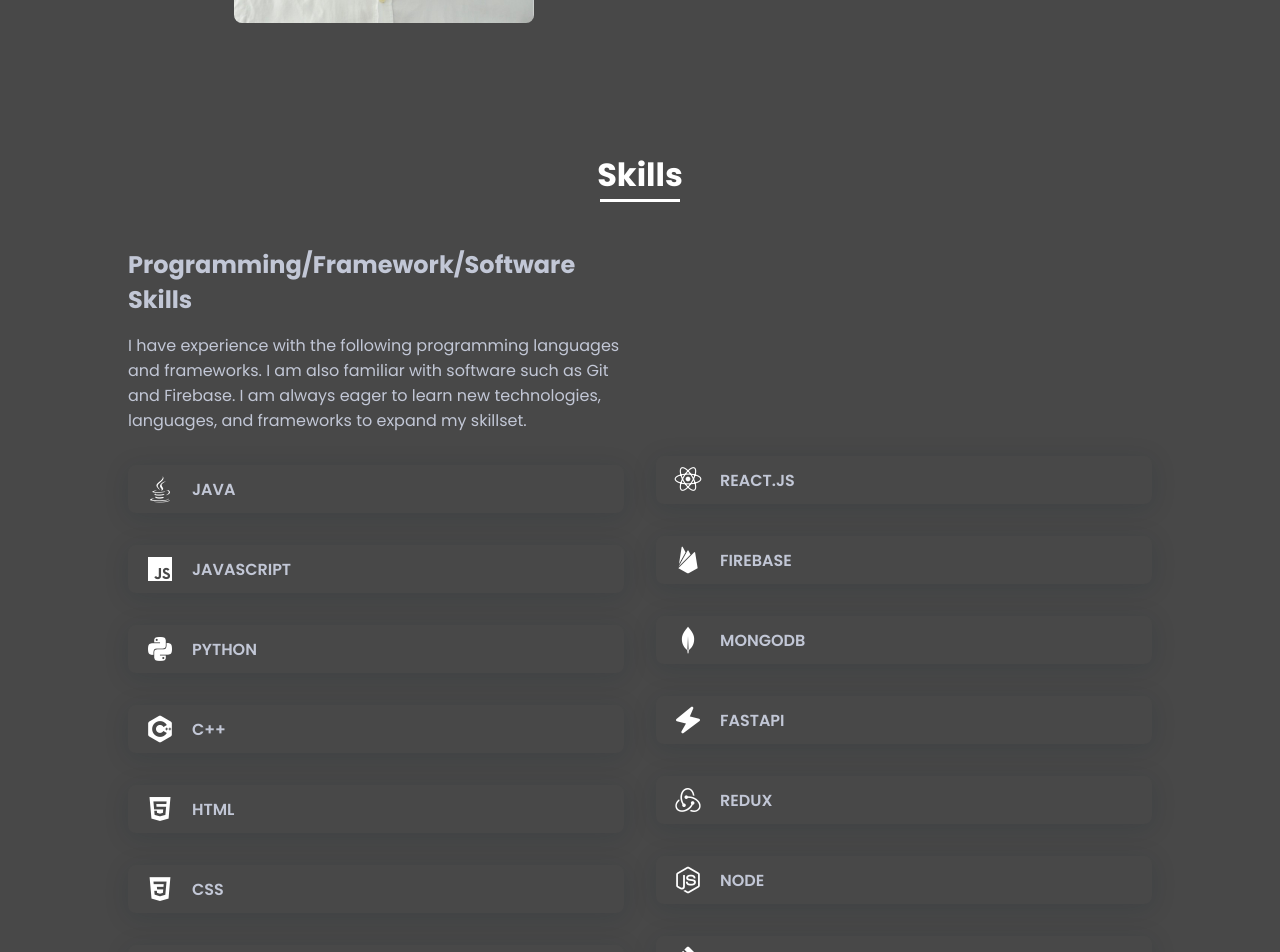
Repository: joshliu14/joshliu14.github.io
Page: index.html
These files come from the project's save history. The page is drawn as it stood at one moment and after the next save; the edit follows.
The browser window is 1280 px wide. The pictures show the part of the page from y = 1091 to 2043 px (the page is 3655 px tall before and 3657 px after).
A picture or video elsewhere on the page could not be fetched, so the positions and the page height are approximate.

Above is the page before, as saved 2024-02-01 00:30:54.

### index.html
<!DOCTYPE html>
<html lang="en">
  <head>
    <meta charset="UTF-8" />
    <meta name="viewport" content="width=device-width, initial-scale=1.0" />

    <link rel="stylesheet" href="assets/css/web.css" />

    <!-- =====BOX ICONS===== -->
    <link
      href="https://unpkg.com/boxicons@2.1.4/css/boxicons.min.css"
      rel="stylesheet"
    />

    <title>Joshua Liu</title>
  </head>
  <body>
    <!--===== HEADER =====-->
    <header class="l-header">
      <nav class="nav bd-grid">
        <div>
          <a href="#" class="nav__logo">Joshua Liu</a>
        </div>

        <div class="nav__menu" id="nav-menu">
          <ul class="nav__list">
            <li class="nav__item">
              <a href="#home" class="nav__link active-link">Home</a>
            </li>
            <li class="nav__item">
              <a href="#about" class="nav__link">About</a>
            </li>
            <li class="nav__item">
              <a href="#skills" class="nav__link">Skills</a>
            </li>
            <li class="nav__item">
              <a href="#work" class="nav__link">Experience</a>
            </li>
            <li class="nav__item">
              <a href="#contact" class="nav__link">Info</a>
            </li>
          </ul>
        </div>

        <div class="nav__toggle" id="nav-toggle">
          <i class="bx bx-menu"></i>
        </div>
      </nav>
    </header>

    <main class="l-main">
      <!--===== HOME =====-->
      <section class="home bd-grid" id="home">
        <div class="home__data">
          <h1 class="home__title">
            Hi,<br />I'm <span class="home__title-color">Josh</span><br />
          </h1>

          <a href="resume.pdf" class="button">Resume</a>
        </div>

        <div class="home__social">
          <a
            href="https://www.linkedin.com/in/joshua-liu-727847208/"
            class="home__social-icon"
            ><i class="bx bxl-linkedin"></i
          ></a>
          <a href="" class="home__social-icon"
            ><i class="bx bxl-behance"></i
          ></a>
          <a href="https://github.com/joshliu14" class="home__social-icon"
            ><i class="bx bxl-github"></i
          ></a>
        </div>

        <div class="home__img">
          <svg
            class="home__blob"
            viewBox="0 0 479 467"
            xmlns="http://www.w3.org/2000/svg"
            xmlns:xlink="http://www.w3.org/1999/xlink"
          >
            <mask id="mask0" mask-type="alpha">
              <path
                d="M9.19024 145.964C34.0253 76.5814 114.865 54.7299 184.111 29.4823C245.804 6.98884 311.86 -14.9503 370.735 14.143C431.207 44.026 467.948 107.508 477.191 174.311C485.897 237.229 454.931 294.377 416.506 344.954C373.74 401.245 326.068 462.801 255.442 466.189C179.416 469.835 111.552 422.137 65.1576 361.805C17.4835 299.81 -17.1617 219.583 9.19024 145.964Z"
              />
            </mask>
            <g mask="url(#mask0)">
              <path
                d="M9.19024 145.964C34.0253 76.5814 114.865 54.7299 184.111 29.4823C245.804 6.98884 311.86 -14.9503 370.735 14.143C431.207 44.026 467.948 107.508 477.191 174.311C485.897 237.229 454.931 294.377 416.506 344.954C373.74 401.245 326.068 462.801 255.442 466.189C179.416 469.835 111.552 422.137 65.1576 361.805C17.4835 299.81 -17.1617 219.583 9.19024 145.964Z"
              />
              <image
                class="home__blob-img"
                x="30"
                y="65"
                href="assets/img/profile.png"
              />
            </g>
          </svg>
        </div>
      </section>

      <!--===== ABOUT =====-->
      <section class="about section" id="about">
        <h2 class="section-title">About</h2>

        <div class="about__container bd-grid">
          <div class="about__img">
            <img src="assets/img/about.png" alt="" />
          </div>

          <div>
            <h2 class="about__subtitle">I'm Josh</h2>
            <p class="about__text">
              I am currently a sophomore at Brandeis University pursuing a
              degree in Computer Science and Applied Mathematics. I am eager to
              contribute my programming skills to real-world scenarios, and I am
              actively seeking software engineering internship opportunities. My
              goal is to enhance my knowledge, apply theoretical concepts in
              practical settings, and contribute meaningfully to innovative
              projects.
            </p>
          </div>
        </div>
      </section>

      <!--===== SKILLS =====-->
      <section class="skills section" id="skills">
        <h2 class="section-title">Skills</h2>

        <div class="skills__container bd-grid">
          <div>
            <h2 class="skills__subtitle">Programming/Framework/Software Skills</h2>
            <p class="skills__text">
                I have experience with the following programming languages and
                frameworks. I am also familiar with software such as Git and
                Firebase. I am always eager to learn new technologies, languages,
                and frameworks to expand my skillset.
            </p>
            <div class="skills__data">
              <div class="skills__names">
                <i class="bx bxl-java skills__icon"></i>
                <span class="skills__name">JAVA</span>
              </div>
            </div>
            <div class="skills__data">
              <div class="skills__names">
                <i class="bx bxl-javascript skills__icon"></i>
                <span class="skills__name">JAVASCRIPT</span>
              </div>
            </div>
            <div class="skills__data">
              <div class="skills__names">
                <i class="bx bxl-python skills__icon"></i>
                <span class="skills__name">PYTHON</span>
              </div>
            </div>
            <div class="skills__data">
              <div class="skills__names">
                <i class="bx bxl-c-plus-plus skills__icon"></i>
                <span class="skills__name">C++</span>
              </div>
            </div>
            <div class="skills__data">
              <div class="skills__names">
                <i class="bx bxl-html5 skills__icon"></i>
                <span class="skills__name">HTML</span>
              </div>
            </div>
            <div class="skills__data">
              <div class="skills__names">
                <i class="bx bxl-css3 skills__icon"></i>
                <span class="skills__name">CSS</span>
              </div>
            </div>
            <div class="skills__data">
              <div class="skills__names">
                <i class="bx bxl-javascript skills__icon"></i>
                <span class="skills__name">JAVA</span>
              </div>
            </div>
          </div>
          <div class="skills__column2">
            <div class="skills__data">
              <div class="skills__names">
                <i class="bx bxl-react skills__icon"></i>
                <span class="skills__name">REACT.JS</span>
              </div>
            </div>
            <div class="skills__data">
              <div class="skills__names">
                <i class="bx bxl-firebase skills__icon"></i>
                <span class="skills__name">FIREBASE</span>
              </div>
            </div>
            <div class="skills__data">
              <div class="skills__names">
                <i class="bx bxl-mongodb skills__icon"></i>
                <span class="skills__name">MONGODB</span>
              </div>
            </div>
            <div class="skills__data">
              <div class="skills__names">
                <i class="bx bxs-zap skills__icon"></i>
                <span class="skills__name">FASTAPI</span>
              </div>
            </div>
            <div class="skills__data">
              <div class="skills__names">
                <i class="bx bxl-redux skills__icon"></i>
                <span class="skills__name">REDUX</span>
              </div>
            </div>
            <div class="skills__data">
              <div class="skills__names">
                <i class="bx bxl-nodejs skills__icon"></i>
                <span class="skills__name">NODE</span>
              </div>
            </div>
            <div class="skills__data">
              <div class="skills__names">
                <i class="bx bxl-git skills__icon"></i>
                <span class="skills__name">GIT</span>
              </div>
            </div>
          </div>
      </section>

      <!--===== Experience =====-->
      <section class="work section" id="work">
        <h2 class="section-title">Experience</h2>

        <div class="work__container bd-grid">
          <a href="" class="work__img">
            <img src="assets/img/work1.jpg" alt="" />
          </a>
          <a href="" class="work__img">
            <img src="assets/img/work2.jpg" alt="" />
          </a>
          <a href="" class="work__img">
            <img src="assets/img/work3.jpg" alt="" />
          </a>
          <a href="" class="work__img">
            <img src="assets/img/work4.jpg" alt="" />
          </a>
          <a href="" class="work__img">
            <img src="assets/img/work5.jpg" alt="" />
          </a>
          <a href="" class="work__img">
            <img src="assets/img/work6.jpg" alt="" />
          </a>
        </div>
      </section>

      <!--===== CONTACT =====-->
      <section class="contact section" id="contact">
        <h2 class="section-title">Info</h2>
        <p class="contact__input">joshuagyliu@gmail.com</p>
        <p class="contact__input">949-551-8585</p>
        <p class="contact__input">Boston, MA</p>
      </section>
    </main>

    <!--===== FOOTER =====-->
    <footer class="footer">
      <p class="footer__title">Josh Liu</p>
      <div class="footer__social">
        <a href="https://www.facebook.com/josh.liu.9847" class="footer__icon"
          ><i class="bx bxl-facebook"></i
        ></a>
        <a href="https://www.instagram.com/joshliu_" class="footer__icon"
          ><i class="bx bxl-instagram"></i
        ></a>
        <a href="https://twitter.com/jahliu" class="footer__icon"
          ><i class="bx bxl-twitter"></i
        ></a>
      </div>
      <p class="footer__copy">&#169; Joshua Liu</p>
    </footer>

    <!--===== SCROLL REVEAL =====-->
    <script src="https://unpkg.com/scrollreveal"></script>

    <!--===== MAIN JS =====-->
    <script src="assets/js/main.js"></script>
  </body>
</html>

### assets/css/web.css
/*===== GOOGLE FONTS =====*/
@import url("https://fonts.googleapis.com/css2?family=Poppins:wght@400;600;700&display=swap");
/*===== VARIABLES CSS =====*/
:root {
  --header-height: 3rem;
  --font-semi: 600;
  /*===== Colores =====*/
  /*Purple 260 - Red 355 - Blue 224 - Pink 340*/
  /* HSL color mode */
  --hue-color: 224;
  --first-color: hsl(var(--hue-color), 0%, 100%);
  --second-color: hsl(var(--hue-color), 20%, 80%);
  /*===== Fuente y tipografia =====*/
  --body-font: "Poppins", sans-serif;
  --big-font-size: 2rem;
  --h2-font-size: 1.25rem;
  --normal-font-size: 0.938rem;
  --smaller-font-size: 0.75rem;
  /*===== Margenes =====*/
  --mb-2: 1rem;
  --mb-4: 2rem;
  --mb-5: 2.5rem;
  --mb-6: 3rem;
  /*===== z index =====*/
  --z-back: -10;
  --z-fixed: 100;
}
@media screen and (min-width: 968px) {
  :root {
    --big-font-size: 3.5rem;
    --h2-font-size: 2rem;
    --normal-font-size: 1rem;
    --smaller-font-size: 0.875rem;
  }
}

/*===== BASE =====*/
*,
::before,
::after {
  box-sizing: border-box;
}

html {
  scroll-behavior: smooth;
}

body {
  margin: var(--header-height) 0 0 0;
  font-family: var(--body-font);
  font-size: var(--normal-font-size);
  color: var(--second-color);
  background-color: #484848;
}

h1,
h2,
p {
  margin: 0;
}

ul {
  margin: 0;
  padding: 0;
  list-style: none;
}

a {
  text-decoration: none;
}

img {
  max-width: 100%;
  height: auto;
  display: block;
}

/*===== CLASS CSS ===== */
.section-title {
  position: relative;
  font-size: var(--h2-font-size);
  color: var(--first-color);
  margin-top: var(--mb-2);
  margin-bottom: var(--mb-4);
  text-align: center;
}
.section-title::after {
  position: absolute;
  content: "";
  width: 64px;
  height: 0.18rem;
  left: 0;
  right: 0;
  margin: auto;
  top: 2rem;
  background-color: var(--first-color);
}

.section {
  padding-top: 3rem;
  padding-bottom: 2rem;
}

/*===== LAYOUT =====*/
.bd-grid {
  max-width: 1024px;
  display: grid;
  margin-left: var(--mb-2);
  margin-right: var(--mb-2);
}

.l-header {
  width: 100%;
  position: fixed;
  top: 0;
  left: 0;
  z-index: var(--z-fixed);
  background-color: #484848;
  box-shadow: 0 1px 4px rgba(146, 161, 176, 0.15);
}

/*===== NAV =====*/
.nav {
  height: var(--header-height);
  display: flex;
  justify-content: space-between;
  align-items: center;
  font-weight: var(--font-semi);
}
@media screen and (max-width: 767px) {
  .nav__menu {
    position: fixed;
    top: var(--header-height);
    right: -100%;
    width: 80%;
    height: 100%;
    padding: 2rem;
    background-color: var(--second-color);
    transition: 0.5s;
  }
}
.nav__item {
  margin-bottom: var(--mb-4);
}
.nav__link {
  position: relative;
  color: #fff;
}
.nav__link:hover {
  position: relative;
}
.nav__link:hover::after {
  position: absolute;
  content: "";
  width: 100%;
  height: 0.18rem;
  left: 0;
  top: 2rem;
  background-color: var(--first-color);
}
.nav__logo {
  color: var(--second-color);
}
.nav__toggle {
  color: var(--second-color);
  font-size: 1.5rem;
  cursor: pointer;
}

/*Active menu*/
.active-link::after {
  position: absolute;
  content: "";
  width: 100%;
  height: 0.18rem;
  left: 0;
  top: 2rem;
  background-color: var(--first-color);
}

/*=== Show menu ===*/
.show {
  right: 0;
}

/*===== HOME =====*/
.home {
  position: relative;
  row-gap: 5rem;
  padding: 4rem 0 5rem;
}
.home__data {
  align-self: center;
}
.home__title {
  font-size: var(--big-font-size);
  margin-bottom: var(--mb-5);
}
.home__title-color {
  color: var(--first-color);
}
.home__social {
  display: flex;
  flex-direction: column;
}
.home__social-icon {
  width: max-content;
  margin-bottom: var(--mb-2);
  font-size: 1.5rem;
  color: var(--second-color);
}
.home__social-icon:hover {
  color: var(--first-color);
}
.home__img {
  position: absolute;
  right: 0;
  bottom: 0;
  width: 260px;
}
.home__blob {
  fill: var(--first-color);
}
.home__blob-img {
  width: 400px;
}

/*BUTTONS*/
.button {
  display: inline-block;
  background-color: var(--first-color);
  color: #000000;
  padding: 0.75rem 2.5rem;
  font-weight: var(--font-semi);
  border-radius: 0.5rem;
  transition: 0.3s;
}
.button:hover {
  box-shadow: 0px 10px 36px rgba(0, 0, 0, 0.15);
}

/* ===== ABOUT =====*/
.about__container {
  row-gap: 2rem;
  text-align: center;
}
.about__subtitle {
  margin-bottom: var(--mb-2);
}
.about__img {
  justify-self: center;
}
.about__img img {
  width: 200px;
  border-radius: 0.5rem;
}

/* ===== SKILLS =====*/
.skills__container {
  row-gap: 2rem;
  text-align: center;
}
.skills__column2 {
  margin-top: 200px;
}
.skills__subtitle {
  margin-bottom: var(--mb-2);
}
.skills__text {
  margin-bottom: var(--mb-4);
}
.skills__data {
  display: flex;
  justify-content: space-between;
  align-items: center;
  position: relative;
  font-weight: var(--font-semi);
  padding: 0.5rem 1rem;
  margin-bottom: var(--mb-4);
  border-radius: 0.5rem;
  box-shadow: 0px 4px 25px rgba(14, 36, 49, 0.15);
}
.skills__icon {
  font-size: 2rem;
  margin-right: var(--mb-2);
  color: var(--first-color);
}
.skills__names {
  display: flex;
  align-items: center;
}
.skills__bar {
  position: absolute;
  left: 0;
  bottom: 0;
  background-color: var(--first-color);
  height: 0.25rem;
  border-radius: 0.5rem;
  z-index: var(--z-back);
}
.skills__html {
  width: 95%;
}
.skills__css {
  width: 85%;
}
.skills__js {
  width: 65%;
}
.skills__ux {
  width: 85%;
}
.skills__img {
  border-radius: 0.5rem;
}

/* ===== WORK =====*/
.work__container {
  row-gap: 2rem;
}
.work__img {
  box-shadow: 0px 4px 25px rgba(14, 36, 49, 0.15);
  border-radius: 0.5rem;
  overflow: hidden;
}
.work__img img {
  transition: 1s;
}
.work__img img:hover {
  transform: scale(1.1);
}

/* ===== CONTACT =====*/
.contact__input {
  text-align: center;
  font-size: var(--normal-font-size);
  font-weight: var(--font-semi);
  padding: 1rem;
  margin-bottom: var(--mb-4);
}

/* ===== FOOTER =====*/
.footer {
  background-color: var(--second-color);
  color: #484848;
  text-align: center;
  font-weight: var(--font-semi);
  padding: 2rem 0;
}
.footer__title {
  font-size: 2rem;
  margin-bottom: var(--mb-4);
}
.footer__social {
  margin-bottom: var(--mb-4);
}
.footer__icon {
  font-size: 1.5rem;
  color: #484848;
  margin: 0 var(--mb-2);
}
.footer__copy {
  font-size: var(--smaller-font-size);
}

/* ===== MEDIA QUERIES=====*/
@media screen and (max-width: 320px) {
  .home {
    row-gap: 2rem;
  }
  .home__img {
    width: 200px;
  }
}
@media screen and (min-width: 576px) {
  .home {
    padding: 4rem 0 2rem;
  }
  .home__social {
    padding-top: 0;
    padding-bottom: 2.5rem;
    flex-direction: row;
    align-self: flex-end;
  }
  .home__social-icon {
    margin-bottom: 0;
    margin-right: var(--mb-4);
  }
  .home__img {
    width: 300px;
    bottom: 25%;
  }
  .about__container {
    grid-template-columns: repeat(2, 1fr);
    align-items: center;
    text-align: initial;
  }
  .skills__container {
    grid-template-columns: 0.7fr;
    justify-content: center;
    column-gap: 1rem;
  }
  .work__container {
    grid-template-columns: repeat(2, 1fr);
    column-gap: 2rem;
    padding-top: 2rem;
  }
}
@media screen and (min-width: 768px) {
  body {
    margin: 0;
  }
  .section {
    padding-top: 4rem;
    padding-bottom: 3rem;
  }
  .section-title {
    margin-bottom: var(--mb-6);
  }
  .section-title::after {
    width: 80px;
    top: 3rem;
  }
  .nav {
    height: calc(var(--header-height) + 1.5rem);
  }
  .nav__list {
    display: flex;
    padding-top: 0;
  }
  .nav__item {
    margin-left: var(--mb-6);
    margin-bottom: 0;
  }
  .nav__toggle {
    display: none;
  }
  .nav__link {
    color: var(--second-color);
  }
  .home {
    padding: 8rem 0 2rem;
  }
  .home__img {
    width: 400px;
    bottom: 10%;
  }
  .about__container {
    padding-top: 2rem;
  }
  .about__img img {
    width: 300px;
  }
  .skills__container {
    grid-template-columns: repeat(2, 1fr);
    column-gap: 2rem;
    align-items: center;
    text-align: initial;
  }
  .work__container {
    grid-template-columns: repeat(3, 1fr);
    column-gap: 2rem;
  }
}
@media screen and (min-width: 992px) {
  .bd-grid {
    margin-left: auto;
    margin-right: auto;
  }
  .home {
    padding: 10rem 0 2rem;
  }
  .home__img {
    width: 450px;
  }
}

### assets/js/main.js
/*===== MENU SHOW =====*/
const showMenu = (toggleId, navId) => {
  const toggle = document.getElementById(toggleId),
    nav = document.getElementById(navId);

  if (toggle && nav) {
    toggle.addEventListener("click", () => {
      nav.classList.toggle("show");
    });
  }
};
showMenu("nav-toggle", "nav-menu");

/*==================== REMOVE MENU MOBILE ====================*/
const navLink = document.querySelectorAll(".nav__link");

function linkAction() {
  const navMenu = document.getElementById("nav-menu");
  // When we click on each nav__link, we remove the show-menu class
  navMenu.classList.remove("show");
}
navLink.forEach((n) => n.addEventListener("click", linkAction));

/*==================== SCROLL SECTIONS ACTIVE LINK ====================*/
const sections = document.querySelectorAll("section[id]");

const scrollActive = () => {
  const scrollDown = window.scrollY;

  sections.forEach((current) => {
    const sectionHeight = current.offsetHeight,
      sectionTop = current.offsetTop - 58,
      sectionId = current.getAttribute("id"),
      sectionsClass = document.querySelector(
        ".nav__menu a[href*=" + sectionId + "]"
      );

    if (scrollDown > sectionTop && scrollDown <= sectionTop + sectionHeight) {
      sectionsClass.classList.add("active-link");
    } else {
      sectionsClass.classList.remove("active-link");
    }
  });
};
window.addEventListener("scroll", scrollActive);

/*===== SCROLL REVEAL ANIMATION =====*/
const sr = ScrollReveal({
  origin: "top",
  distance: "60px",
  duration: 2000,
  delay: 200,
  //     reset: true
});

sr.reveal(".home__data, .about__img, .skills__subtitle, .skills__text", {});
sr.reveal(".home__img, .about__subtitle, .about__text, .skills__img", {
  delay: 400,
});
sr.reveal(".home__social-icon", { interval: 200 });
sr.reveal(".skills__data, .work__img, .contact__input", { interval: 200 });

After the next save:
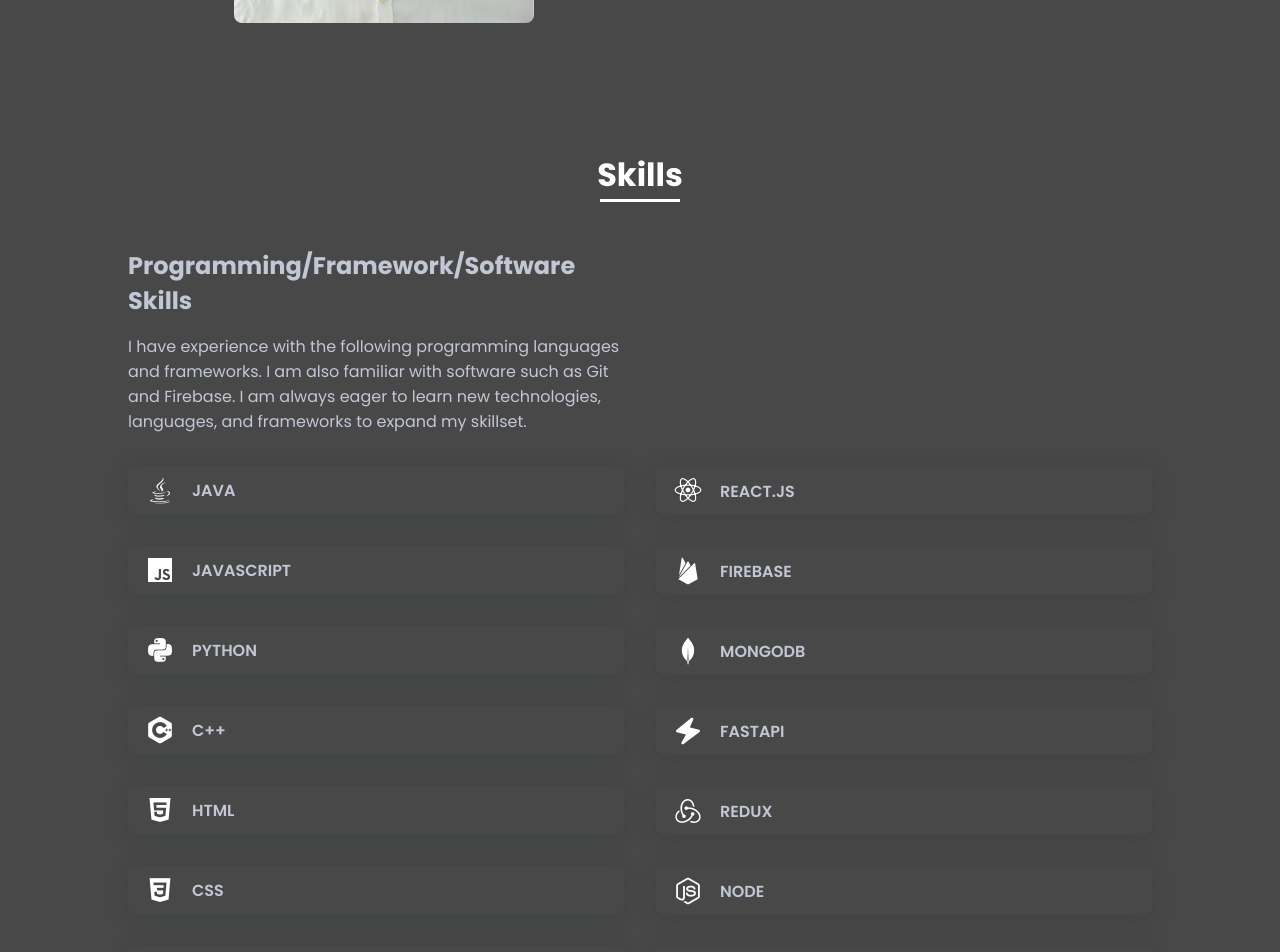
Saved 9 s later.
--- a/assets/css/web.css
+++ b/assets/css/web.css
@@ -261,7 +261,7 @@ img {
   text-align: center;
 }
 .skills__column2 {
-  margin-top: 200px;
+  margin-top: 220px;
 }
 .skills__subtitle {
   margin-bottom: var(--mb-2);
